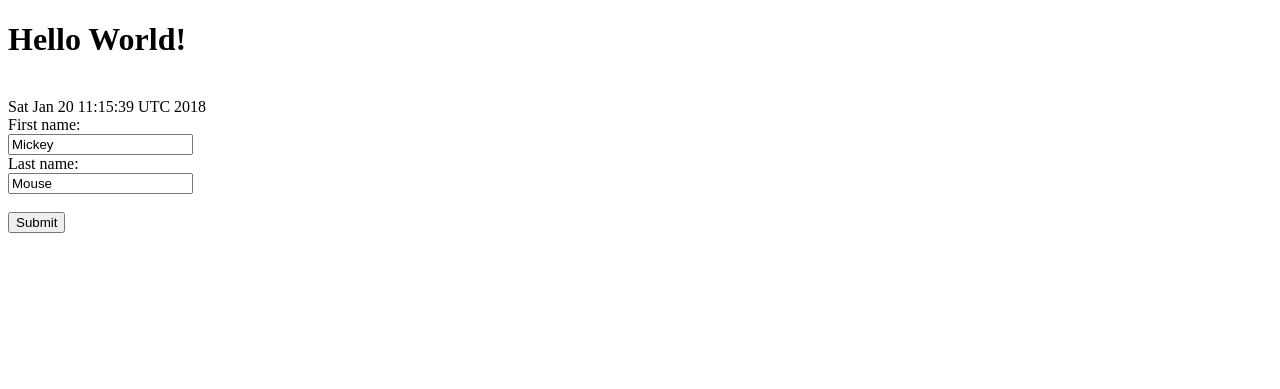
Repository: lotockijj/new
Page: http://localhost/jsp/
An editor plug-in stored every save of this project. The page is shown before and after the next save, followed by the edit.
The browser window is 1280 px wide. The pictures show the whole page.
The page is served by Tomcat 9.

Above is the page before, as saved 2018-01-21 09:25:35.

After the next save:
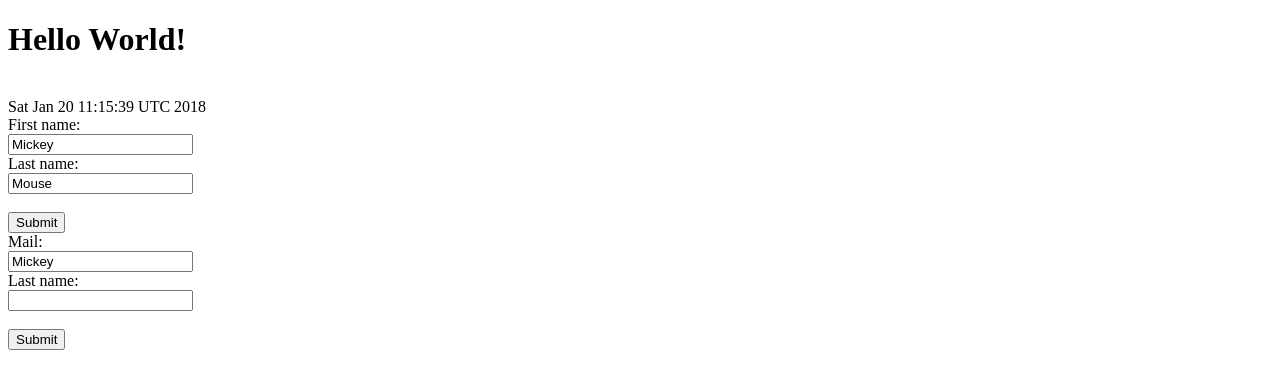
Saved 3 min 41 s later.
--- a/jsp/WebContent/index.jsp
+++ b/jsp/WebContent/index.jsp
@@ -17,5 +17,12 @@
 			type="text" name="lastname" value="Mouse"> <br> <br>
 		<input type="submit" value="Submit">
 	</form>
+	<form method="post" action="record">
+		Mail: <br> <input type="text" name="name"
+			value="Mickey"> <br> Last name: <br> <input
+			type="password" name="password"> <br> <br>
+		<input type="submit" value="Submit">
+	</form>
+
 </body>
 </html>
